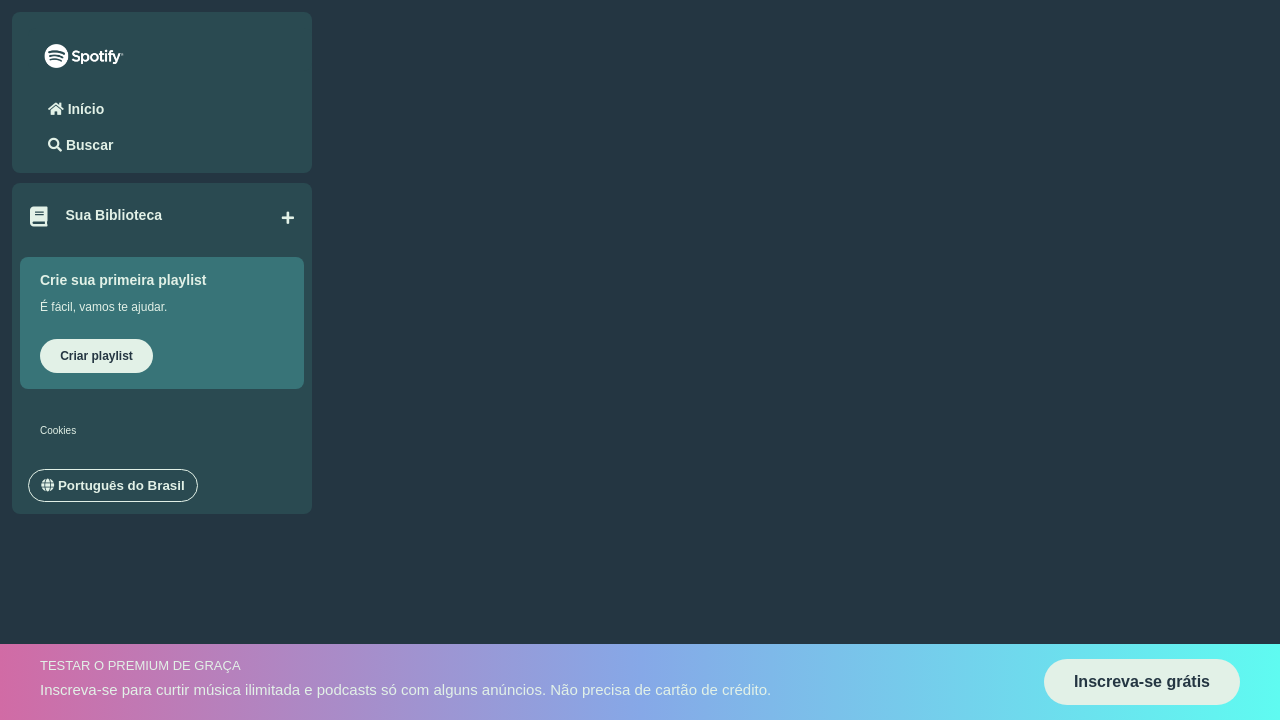
Repository: rafaazevedo-gs/Imers-o-Alura-Front-end
Page: index.html
An editor plug-in stored every save of this project. The page is shown before and after the next save, followed by the edit.
The browser window is 1280 px wide. The pictures show the whole page.

Above is the page before, as saved 2025-01-30 16:19:58.

After the next save:
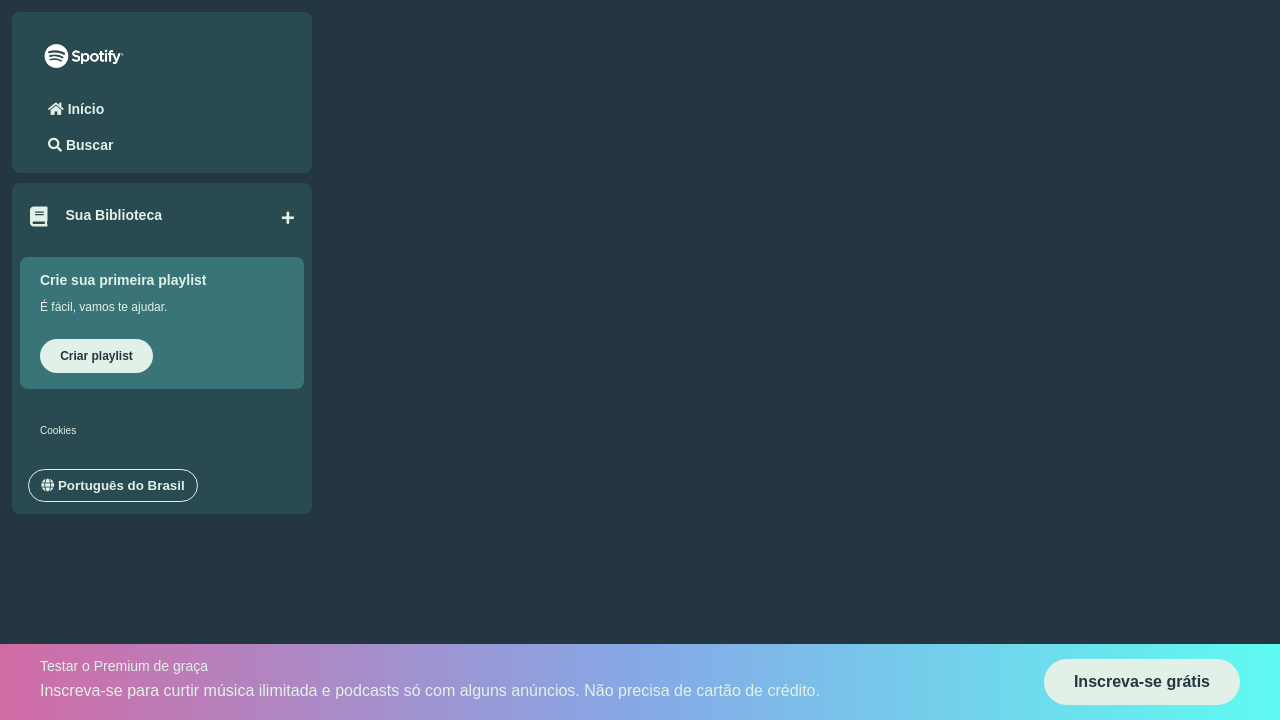
Saved 66 s later.
--- a/src/styles/styles.css
+++ b/src/styles/styles.css
@@ -185,16 +185,15 @@
 
 .disclaimer-premium .disclaimer-premium__title {
     color: #E2F1E7;
-    text-transform: uppercase;
     font-weight: 400;
-    font-size: 13px;
+    font-size: 14px;
     margin-bottom: 10px;
 }
 
 .disclaimer-premium .disclaimer-premium__subtitle {
     color: #E2F1E7;
     font-weight: 500;
-    font-size: 15px;
+    font-size: 16px;
 }
 
 .disclaimer-premium button {
